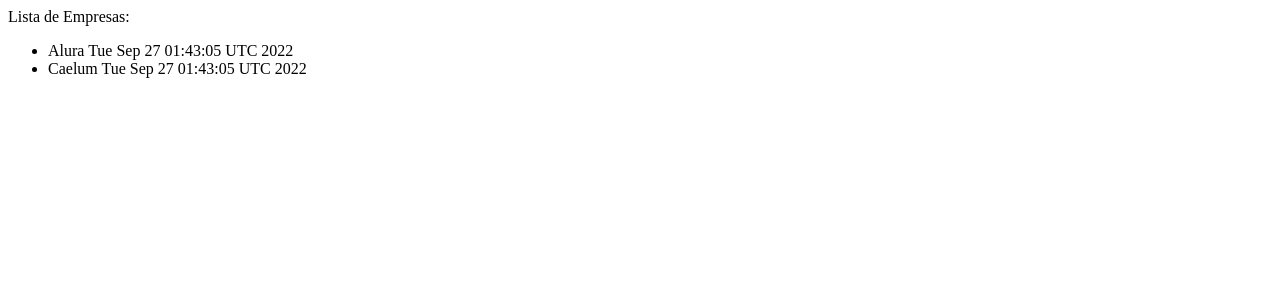
Repository: DiegoDBLe/JavaAlura
Page: http://localhost/gerenciador/listaEmpresas
These files come from the project's save history. The page is drawn as it stood at one moment and after the next save; the edit follows.
The browser window is 1280 px wide. The pictures show the whole page.
The page is served by Tomcat 10. Other server files are loaded and not shown.

Above is the page before, as saved 2022-10-04 13:53:37.

### gerenciador/src/main/webapp/listaEmpresas.jsp
<%@ page language="java" contentType="text/html; charset=ISO-8859-1"
	pageEncoding="ISO-8859-1"%>
<%@ page
	import="java.util.List, br.com.alura.gerenciador.servlet.Empresa"%>
<%@ taglib uri="http://java.sun.com/jsp/jstl/core" prefix="c" %>
<%@ taglib uri="http://java.sun.com/jsp/jstl/fmt" prefix="fmt" %>
<!DOCTYPE html>
<html>
<head>
<meta charset="ISO-8859-1">
<title>JSTL - Java Standard Taglib</title>
</head>
<body>

	Lista de Empresas:
	<br>

	<ul>

		<c:forEach items="${empresas}" var="empresa">

			<li>${empresa.nome} ${empresa.dataAbertura}</li>

		</c:forEach>

	</ul>

</body>
</html>

### gerenciador/src/main/java/br/com/alura/gerenciador/servlet/ListaEmpresasServlet.java
package br.com.alura.gerenciador.servlet;

import java.io.IOException;
import java.io.PrintWriter;
import java.util.List;

import jakarta.servlet.RequestDispatcher;
import jakarta.servlet.ServletException;
import jakarta.servlet.http.HttpServlet;
import jakarta.servlet.http.HttpServletRequest;
import jakarta.servlet.http.HttpServletResponse;
/*
 *  @ /listaEmpresas
 * */

public class ListaEmpresasServlet extends HttpServlet {
	private static final long serialVersionUID = 1L;


	// Chamando o Servlet
	protected void doGet(HttpServletRequest request, HttpServletResponse response) throws ServletException, IOException {

		// Servlet vai ler as empresas.
		Banco banco = new Banco();
		List<Empresa> listaEmpresa = banco.getEmpresas();

		//Pendurando: ou seja, colocar dentro da requisição o atributo (empresas) é o mesmo que vai no items = do forEach.
		request.setAttribute("empresas", listaEmpresa);

		// Integrando com o arquivo JSP:
		RequestDispatcher rd = request.getRequestDispatcher("/listaEmpresas.jsp");
		rd.forward(request, response);

	}

}

### gerenciador/src/main/java/br/com/alura/gerenciador/servlet/Banco.java
package br.com.alura.gerenciador.servlet;

import java.util.ArrayList;
import java.util.List;

public class Banco {

	private static List<Empresa> listaEmpresas = new ArrayList<>();

	static {
		Empresa empresa = new Empresa();
		empresa.setNome("Alura");

		Empresa empresa2 = new Empresa();
		empresa2.setNome("Caelum");

		listaEmpresas.add(empresa);
		listaEmpresas.add(empresa2);
	}
	public void adicionar(Empresa empresa) {
		Banco.listaEmpresas.add(empresa);
	}

	public List<Empresa> getEmpresas(){
		return Banco.listaEmpresas;
	}

}

### gerenciador/src/main/java/br/com/alura/gerenciador/servlet/Empresa.java
package br.com.alura.gerenciador.servlet;

import java.util.Date;

public class Empresa {

	private Integer id;
	private String nome;
	private Date dataAbertura = new Date();


	public Integer getId() {
		return id;
	}
	public void setId(Integer id) {
		this.id = id;
	}
	public String getNome() {
		return nome;
	}
	public void setNome(String nome) {
		this.nome = nome;
	}

	public Date getDataAbertura() {
		return dataAbertura;
	}

	public void setDataAbertura(Date dataAbertura) {
		this.dataAbertura = dataAbertura;
	}



}

After the next save:
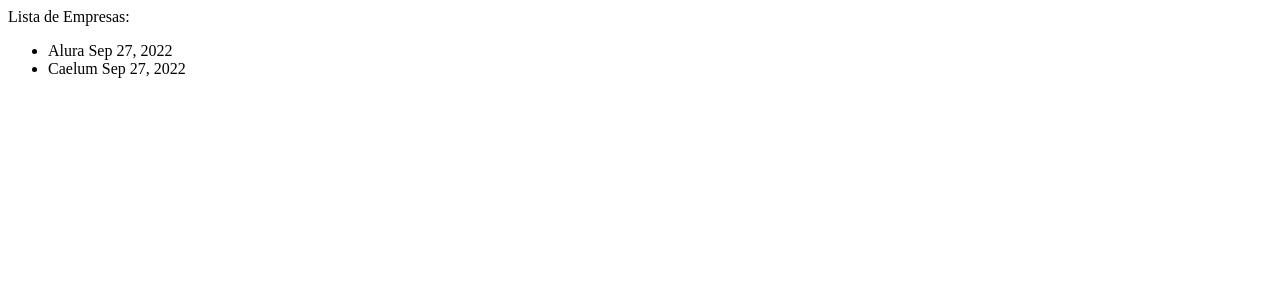
Saved 55 s later.
--- a/gerenciador/src/main/webapp/listaEmpresas.jsp
+++ b/gerenciador/src/main/webapp/listaEmpresas.jsp
@@ -19,7 +19,7 @@
 
 		<c:forEach items="${empresas}" var="empresa">
 
-			<li>${empresa.nome} ${empresa.dataAbertura}</li>
+			<li>${empresa.nome} <fmt:formatDate value="${empresa.dataAbertura}"/> </li>
 
 		</c:forEach>
 
